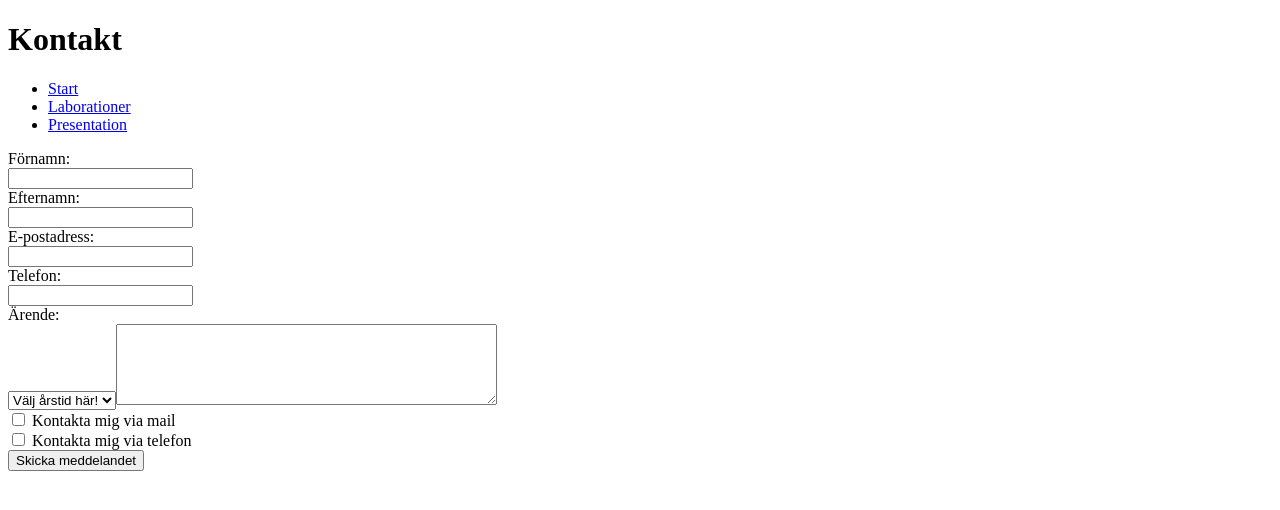
Repository: Martin-Carlsson85/HTML-och-CSS
Page: pages/kontakt.html
The author's editor kept a record of every edit. The page is drawn from the files as they stood at one moment, then again after the next edit.
The browser window is 1280 px wide. The pictures show the whole page.

Above is the page before.

### pages/kontakt.html
<!doctype html>
<html lang="sv">
    <head>
        <meta charset="utf-8" />

        <title>Kontakt</title>

    </head>

<h1>Kontakt</h1>

<ul>
    <li><a href="../index.html">Start</a></li>

    <li><a href="laborationer.html">Laborationer</a></li>

    <li><a href="presentation.html">Presentation</a></li>
</ul>

<form id="form" name="form" method="post" action=" ">

Förnamn:<br />
<input type="text" name="fnamn" id="fnamn" /> <br />

Efternamn:<br />
<input type="text" name="enamn" id="enamn" /> <br />

E-postadress:<br />
<input type="text" name="epost" id="epost" /> <br />

Telefon:<br />
<input type="text" name="epost" id="epost" />

<label for="select"><br />
Ärende:</label><br />

<select name="favoritarstid" id="favoritarstid">
<option> Välj årstid här! </option>
<option value="var"> Vår </option>

Meddelande:<br />
<textarea name="meddelande" id="meddelande" cols="45" rows="5"></textarea> <br />

<input type="checkbox" name="favoritarstid" id="sommar" value="sommar"/>
<label for="sommar">Kontakta mig via mail</label> <br />

<input type="checkbox" name="favoritarstid" id="host" value="host"/>
<label for="host">Kontakta mig via telefon</label> <br />

<input type="submit" name="skicka" id="skicka" value="Skicka meddelandet" />

</form>

After the next edit:
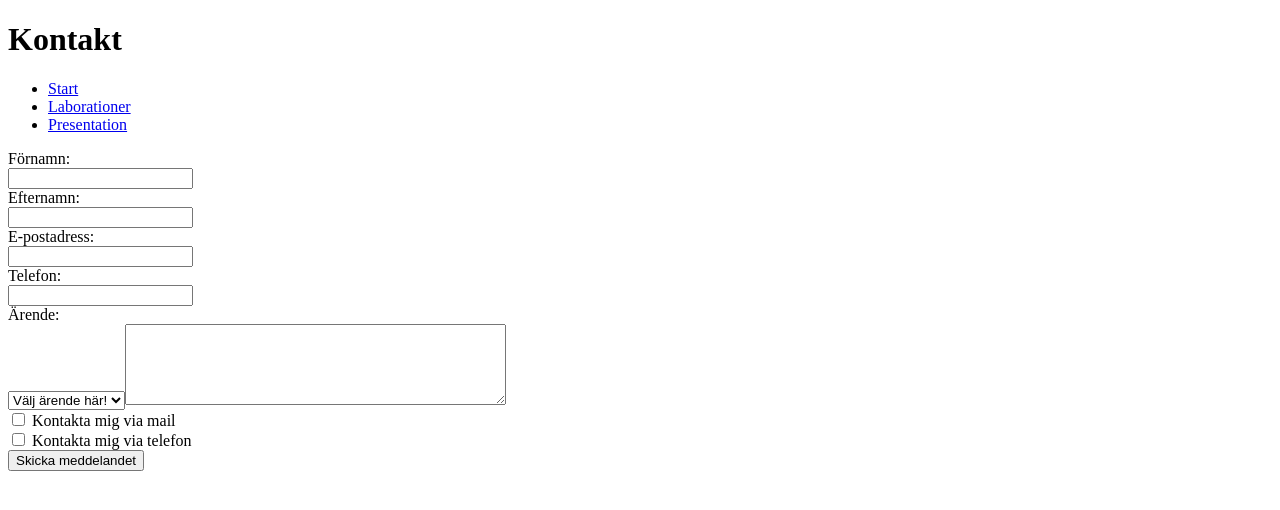
The edit:
--- a/pages/kontakt.html
+++ b/pages/kontakt.html
@@ -35,7 +35,9 @@
 Ärende:</label><br />
 
 <select name="favoritarstid" id="favoritarstid">
-<option> Välj årstid här! </option>
+<option> Välj ärende här! </option>
+<option value="var"> Vår </option>
+<option value="var"> Vår </option>
 <option value="var"> Vår </option>
 
 Meddelande:<br />
